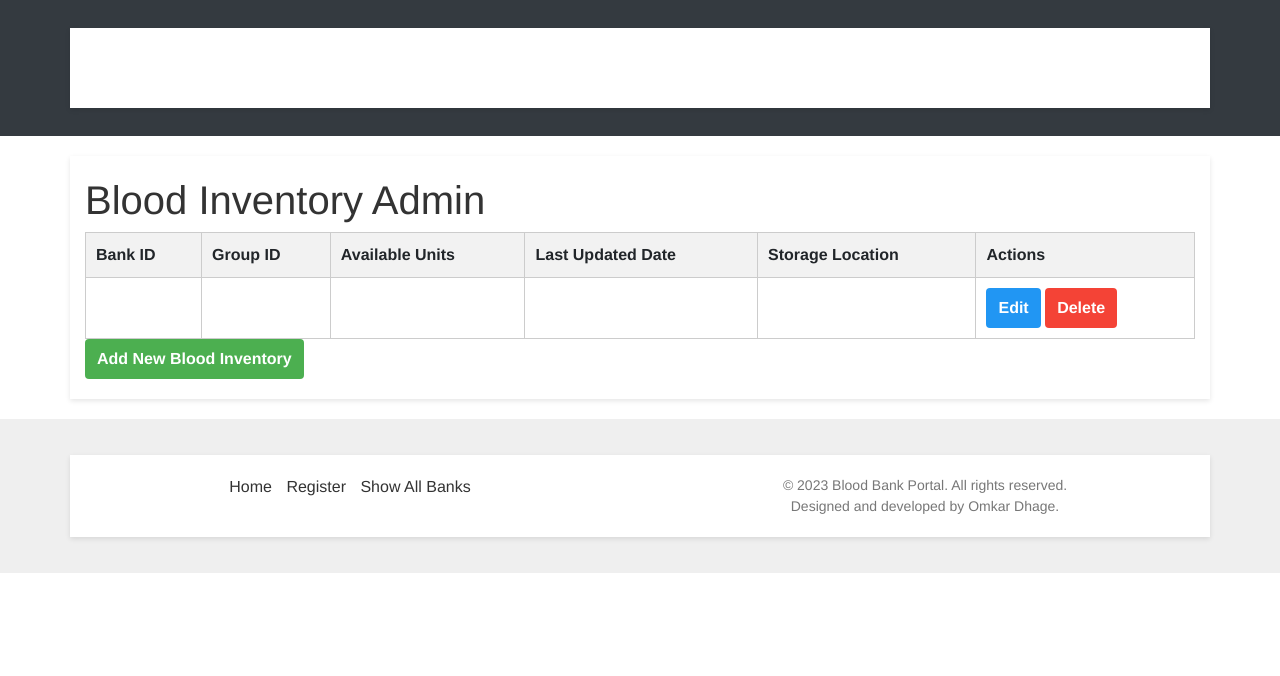
Repository: omi4535/Decentralized_Blood_Bank_System
Page: http://localhost/blood_bank_system/admin_page.jsp
The author's editor kept a copy of each file at every save. The page is drawn from the files as they stood at one save, then again after the next save.
The browser window is 1280 px wide. The pictures show the whole page.
Some web libraries are served in a nearby version. The page is served by Tomcat 9. The template is opened directly, without the code that normally fills it, so the values that code supplies are empty.

Above is the page before, as saved 2023-07-05 17:03:57.

After the next save:
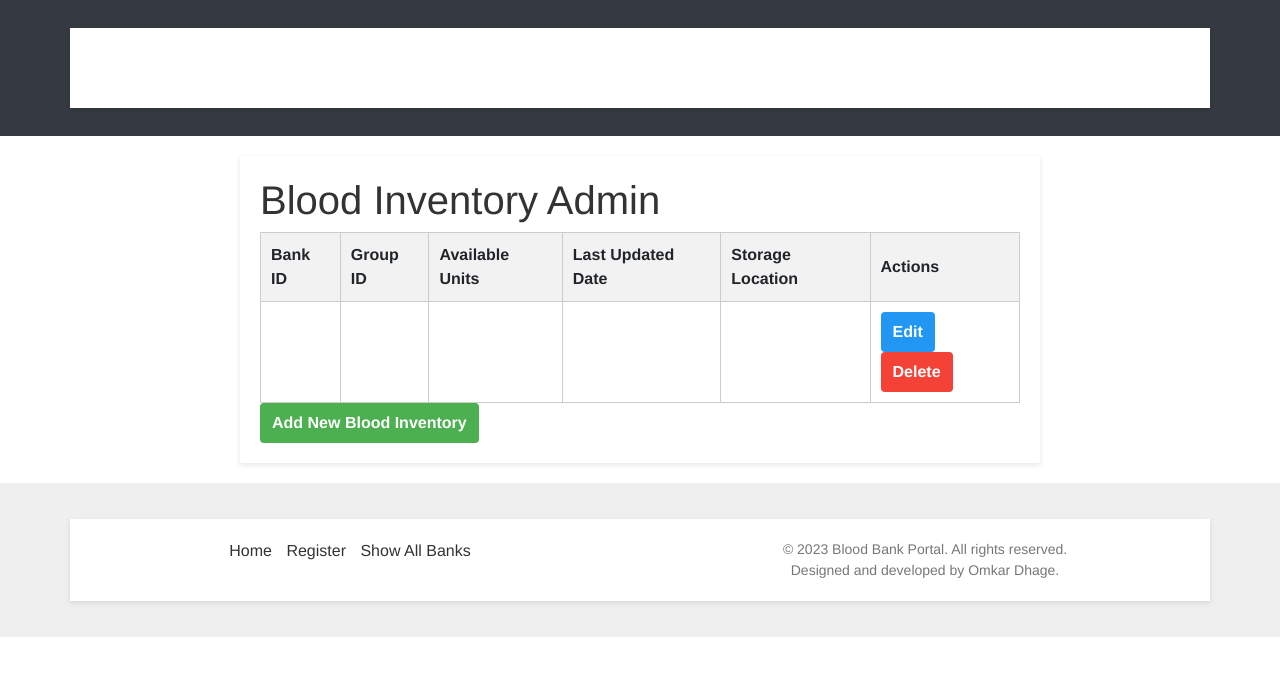
Saved 56 s later.
--- a/blood bank system/src/main/webapp/admin_page.jsp
+++ b/blood bank system/src/main/webapp/admin_page.jsp
@@ -70,12 +70,19 @@
         .button-blue:hover {
             background-color: #1976d2;
         }
+        .containe {
+    max-width: 800px;
+    margin: 20px auto;
+    padding: 20px;
+    background-color: #fff;
+    box-shadow: 0 2px 5px rgba(0, 0, 0, 0.1);
+}
     </style>
 </head>
 <body>
  <%@ include file="NavBar.jsp"  %>
 
-     <div class="container">
+     <div class="containe">
         <h1>Blood Inventory Admin</h1>
         <table>
             <tr>

After the save that followed:
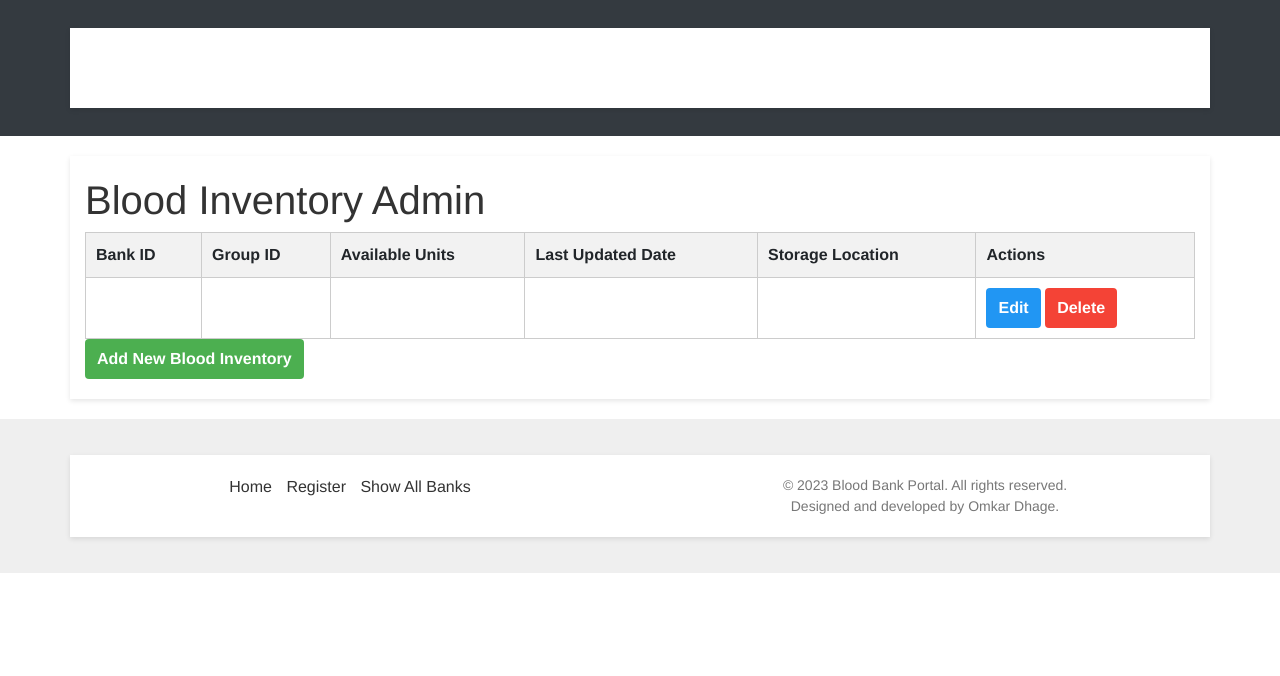
Saved 10 s later.
--- a/blood bank system/src/main/webapp/admin_page.jsp
+++ b/blood bank system/src/main/webapp/admin_page.jsp
@@ -82,7 +82,7 @@
 <body>
  <%@ include file="NavBar.jsp"  %>
 
-     <div class="containe">
+     <div class="container">
         <h1>Blood Inventory Admin</h1>
         <table>
             <tr>
